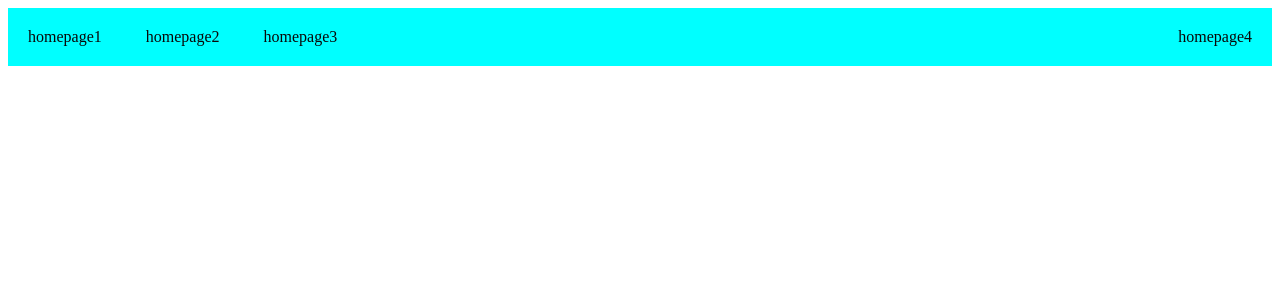
Repository: AhmedHBD/task1
Page: New folder/index.html
An editor plug-in stored every save of this project. The page is shown before and after the next save, followed by the edit.
The browser window is 1280 px wide. The pictures show the whole page.

Above is the page before, as saved 2025-07-30 11:20:45.

After the next save:
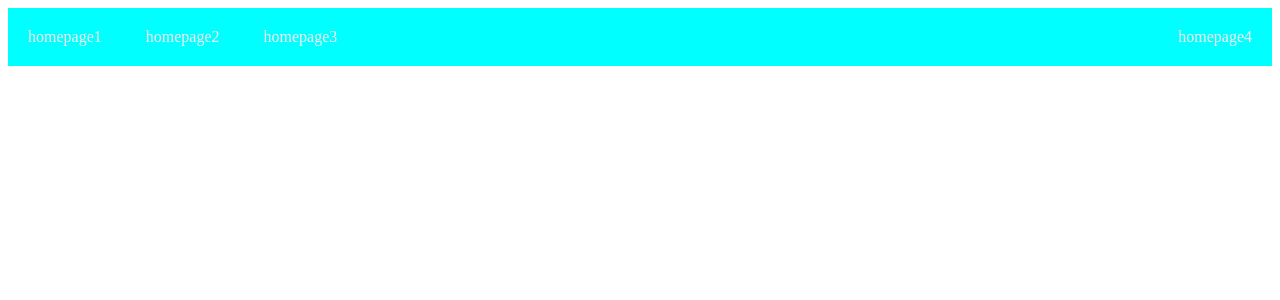
Saved 9 s later.
--- a/New folder/style.css
+++ b/New folder/style.css
@@ -8,7 +8,7 @@ nav a{
     display: inline-block;
 }
 nav a:link,nav a:visited{
-    color: rgb(9, 8, 8);
+    color: rgb(244, 240, 240);
 }
 nav a:hover,nav a:active{
     color: black;
